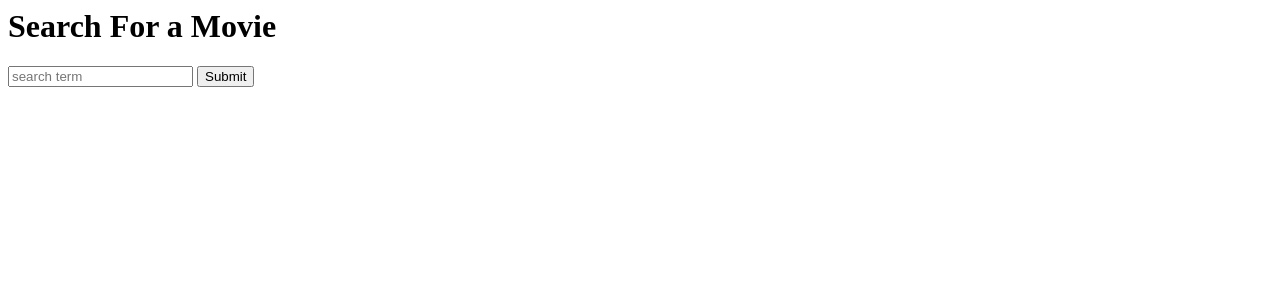
Repository: iceljc/web-development
Page: http://localhost/
The author's editor kept a record of every edit. The page is drawn from the files as they stood at one moment, then again after the next edit.
The browser window is 1280 px wide. The pictures show the whole page.
The page is served by the project's Node server (apiDemo/movieApp/app.js).

Above is the page before.

After the next edit:
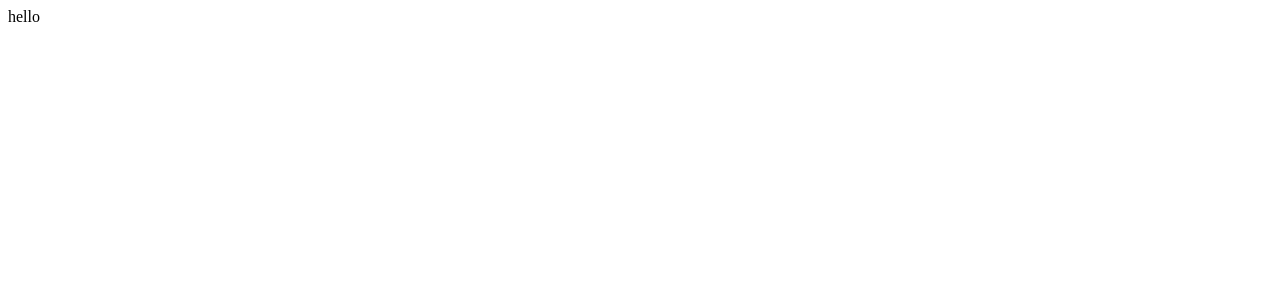
The edit:
--- a/apiDemo/movieApp/app.js
+++ b/apiDemo/movieApp/app.js
@@ -5,7 +5,7 @@
 
 
 app.get("/", function(req, res){
-   res.render("search");
+   res.send("hello");
 });
 
 app.get("/results", function(req, res){

After the 2 edits that followed:
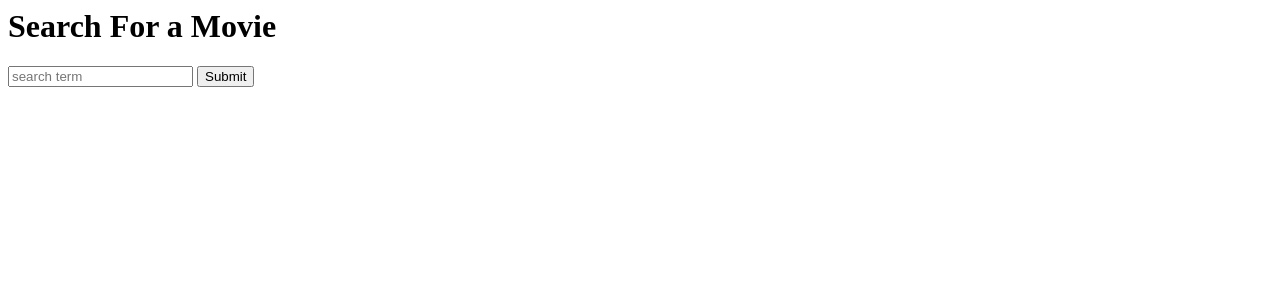
The 2 edits are shown as one change because 1 left the picture as it was.
The edit:
--- a/apiDemo/movieApp/app.js
+++ b/apiDemo/movieApp/app.js
@@ -5,12 +5,12 @@
 
 
 app.get("/", function(req, res){
-   res.send("hello");
+   res.render("search");
 });
 
 app.get("/results", function(req, res){
     var query = req.query.search;
-    var url = "http://omdbapi.com/?s=" + query;
+    var url = "http://omdbapi.com/?s=" + query + "&apikey=thewdb";
     request(url, function(error, response, body){
         if(!error && response.statusCode == 200) {
             var data = JSON.parse(body)
